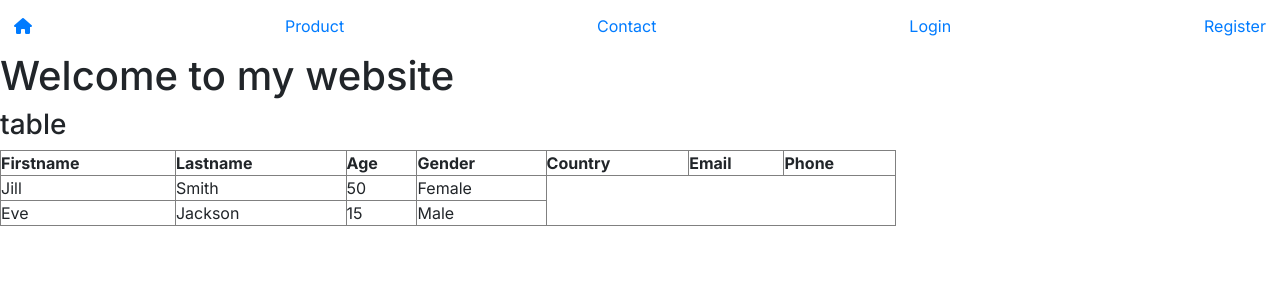
Repository: bao2222/hoc-lam-web
Page: About-me.html
The author's editor kept a copy of each file at every save. The page is drawn from the files as they stood at one save, then again after the next save.
The browser window is 1280 px wide. The pictures show the whole page.

Above is the page before, as saved 2025-01-23 19:36:06.

After the next save:
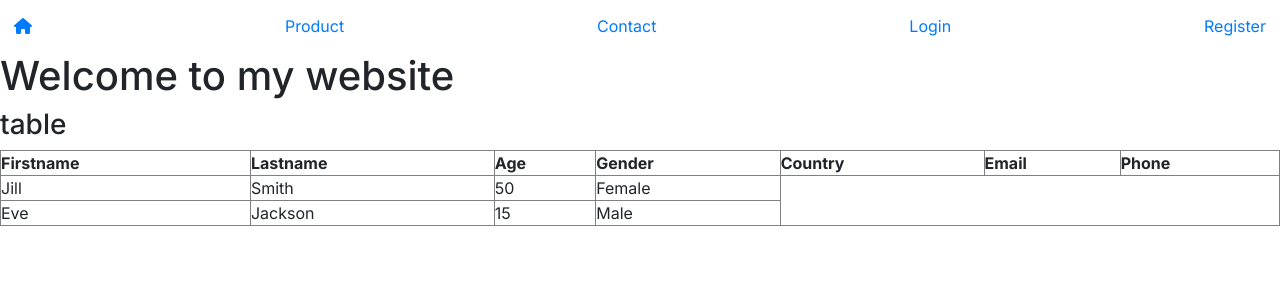
Saved 3 min 49 s later.
--- a/About-me.html
+++ b/About-me.html
@@ -42,7 +42,7 @@
         <main>
             <h1>Welcome to my website</h1>
             <h3>table</h3>
-            <table style="width:70%" border>
+            <table style="width:100%" border>
                 <tr>
                     <th>Firstname</th>
                     <th>Lastname</th>
